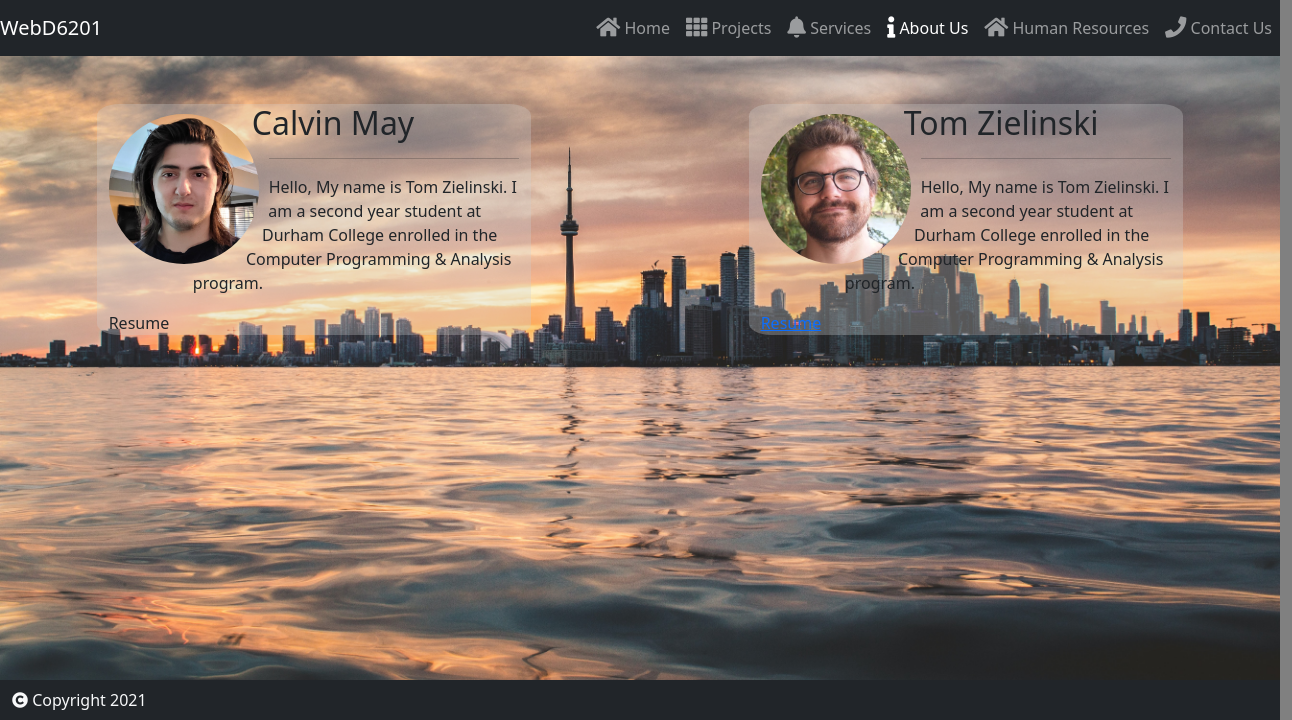
Repository: Tomelinski/Webd6201-Lab02
Page: about.html
The author's editor kept a copy of each file at every save. The page is drawn from the files as they stood at one save, then again after the next save.
The browser window is 1280 px wide. The page is 1292 px wide, so the pictures cover 1292 px, including what lies to the right of the window. The pictures show the whole page.

Above is the page before, as saved 2021-02-05 19:13:53.

After the next save:
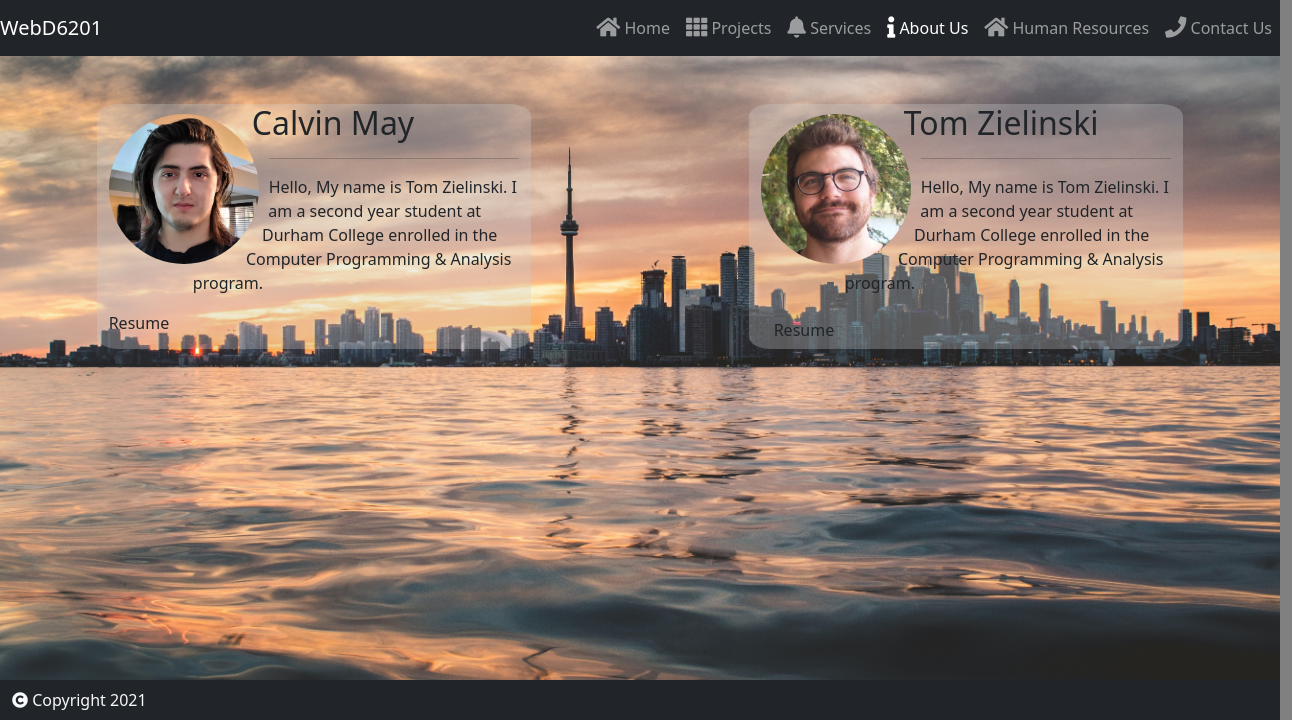
Saved 70 s later.
--- a/Scripts/app.js
+++ b/Scripts/app.js
@@ -81,7 +81,7 @@
         aboutTom.innerHTML = `<hr/><p>Hello, My name is Tom Zielinski. I am a second year student at Durham College enrolled in the Computer Programming & Analysis program.</p>`;
         tomResume.setAttribute("href", "../files/resumes/Tom_Resume.pdf");
         tomResume.setAttribute("download", "");
-        tomResume.setAttribute("background", "blue");
+        tomResume.setAttribute("class", "btn");
         tomResume.textContent = "Resume";
 
         // Insert the Elements within the about-tom div
